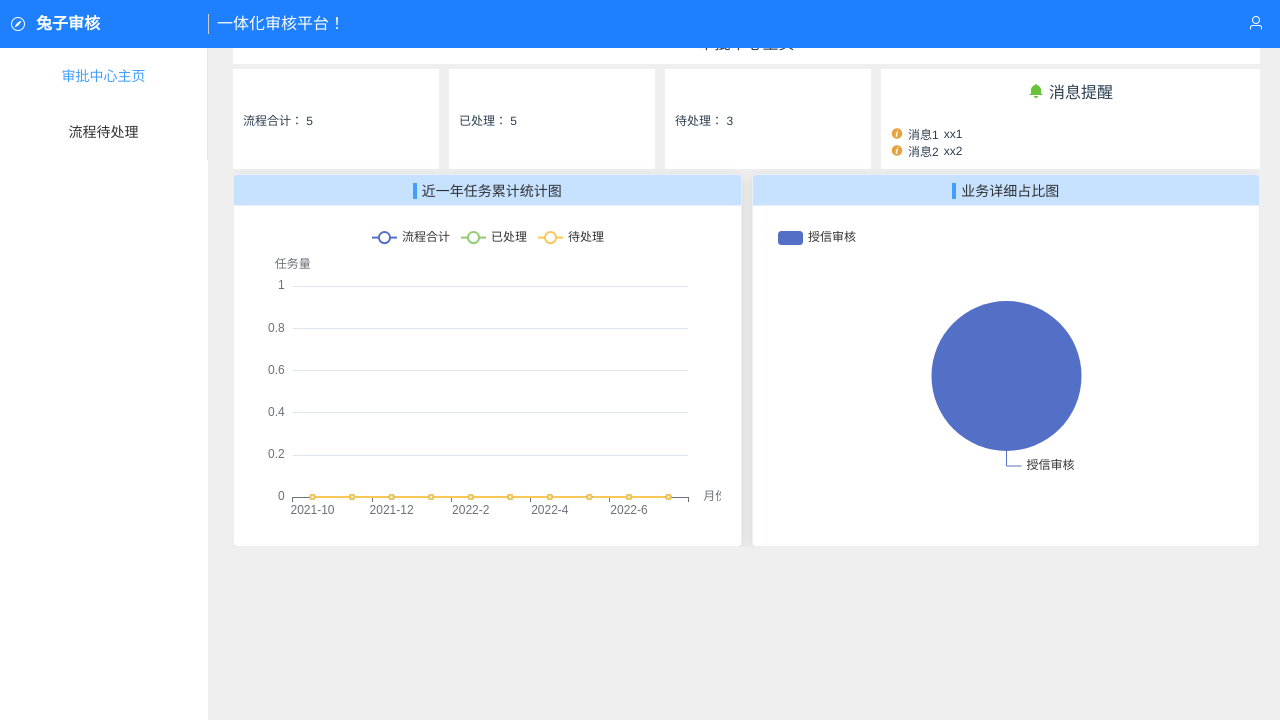
Repository: lucky-LoL735/lois
Page: / (app in project-audit/)
An editor plug-in stored every save of this project. The page is shown before and after the next save, followed by the edit.
The browser window is 1280 px wide. The pictures show the whole page.
The project was rebuilt for these pictures with package versions that can differ from the ones it lists, and the page was loaded fresh each time. Also part of the build but not shown: project-audit/vue.config.js, project-audit/src/views/ToDo.vue, project-audit/src/views/LogDetail.vue, project-audit/src/views/FlowView.vue, project-audit/src/views/HandleTask.vue, project-audit/src/views/SeeLog.vue.

Above is the page before, as saved 2022-11-17 17:07:46.

After the next save:
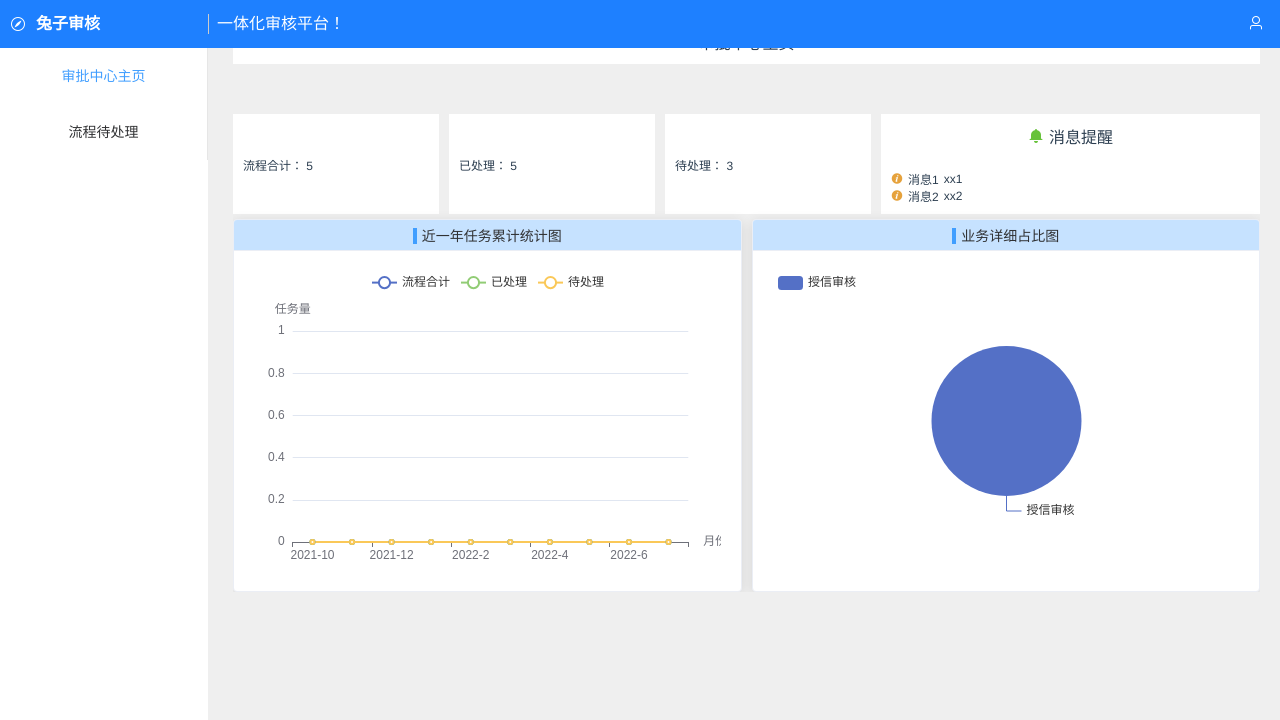
Saved 64 s later.
--- a/project-audit/src/views/HomeView.vue
+++ b/project-audit/src/views/HomeView.vue
@@ -248,7 +248,7 @@
 }
 
 .breadcrumb {
-  margin-bottom: 5px;
+  margin-bottom: 50px;
   background-color: #fff;
   padding: 10px;
 }

After the save that followed:
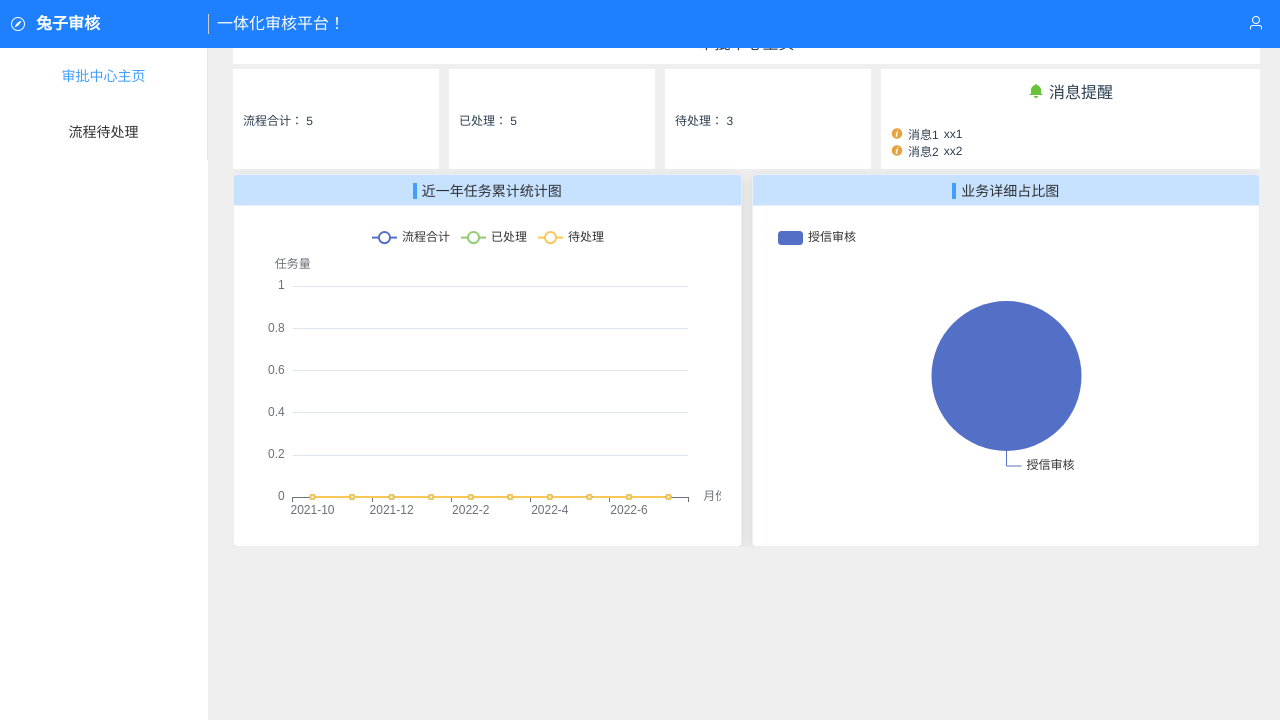
Saved 8 s later.
--- a/project-audit/src/views/HomeView.vue
+++ b/project-audit/src/views/HomeView.vue
@@ -248,7 +248,7 @@
 }
 
 .breadcrumb {
-  margin-bottom: 50px;
+  margin-bottom: 5px;
   background-color: #fff;
   padding: 10px;
 }
